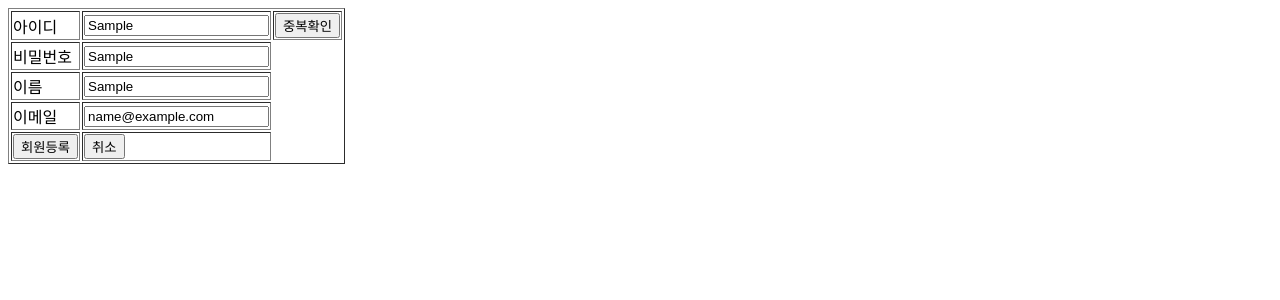
Repository: JungYOsup/Mini_project
Page: http://localhost/EsCape_Room/sign_up_form.jsp
The author's editor kept a copy of each file at every save. The page is drawn from the files as they stood at one save, then again after a run of saves.
The browser window is 1280 px wide. The pictures show the whole page.
Empty fields were first filled with sample values (such as "Sample", 5 or name@example.com).
After loading, the first visible `input[onclick="check(idchk.value)"]` was clicked once.
The page is served by Tomcat 9. Queries for data that is not in the repository find no rows.

Above is the page before, as saved 2018-01-16 05:26:39.

After the next 2 saves:
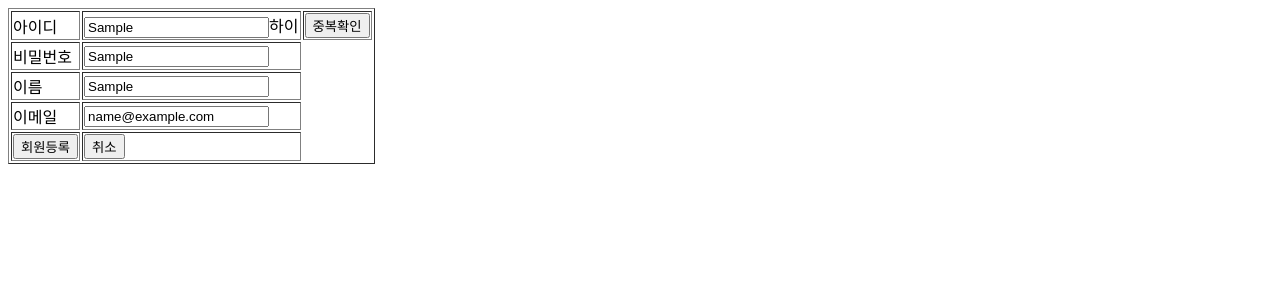
The 2 saves are shown as one change because they came seconds apart.
The last was saved 6 s later.
--- a/EsCape_Room/WebContent/sign_up_form.jsp
+++ b/EsCape_Room/WebContent/sign_up_form.jsp
@@ -31,7 +31,7 @@
 
 				if(dto==null){//데이터베이스에 아이디가 없을 경우
 
-				$("span[id=sp]")
+				$("span[id=sp]").text("하이");
 
 				}else{
 

After the 3 saves that followed:
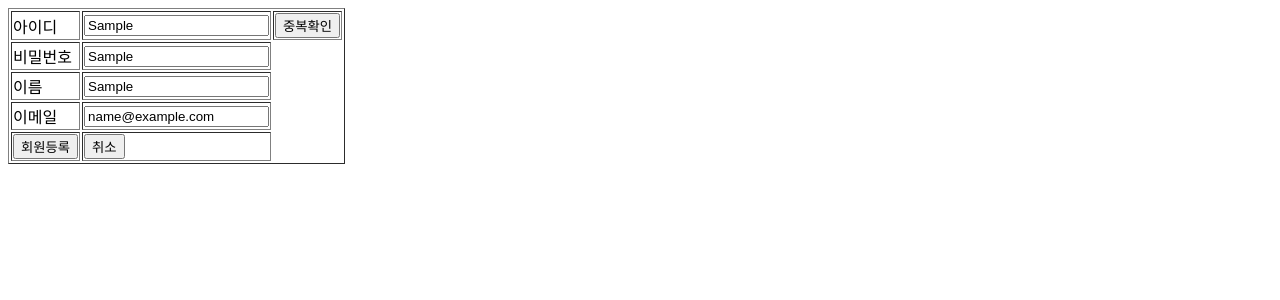
The 3 saves are shown as one change because 2 left the picture as it was.
The last was saved 31 s later.
--- a/EsCape_Room/WebContent/sign_up_form.jsp
+++ b/EsCape_Room/WebContent/sign_up_form.jsp
@@ -31,9 +31,12 @@
 
 				if(dto==null){//데이터베이스에 아이디가 없을 경우
 
-				$("span[id=sp]").text("하이");
+
+					$("span[id=sp]").text("");
 
 				}else{
+
+					$("span[id=sp]").text("이미존재하는 아이디입니다.");
 
 
 				}
